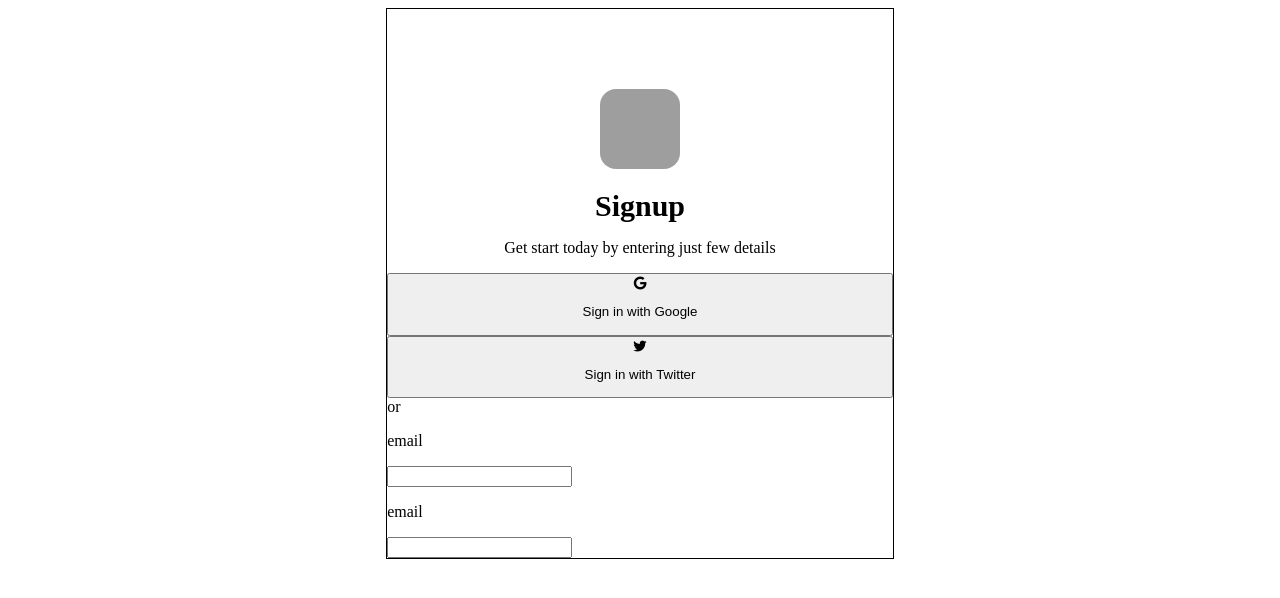
Repository: tungts3qb/Javascript
Page: sign-up/signup.html
An editor plug-in stored every save of this project. The page is shown before and after the next save, followed by the edit.
The browser window is 1280 px wide. The pictures show the whole page.
Pictures or frames that could not be fetched are drawn as grey boxes.

Above is the page before, as saved 2022-12-26 22:00:11.

After the next save:
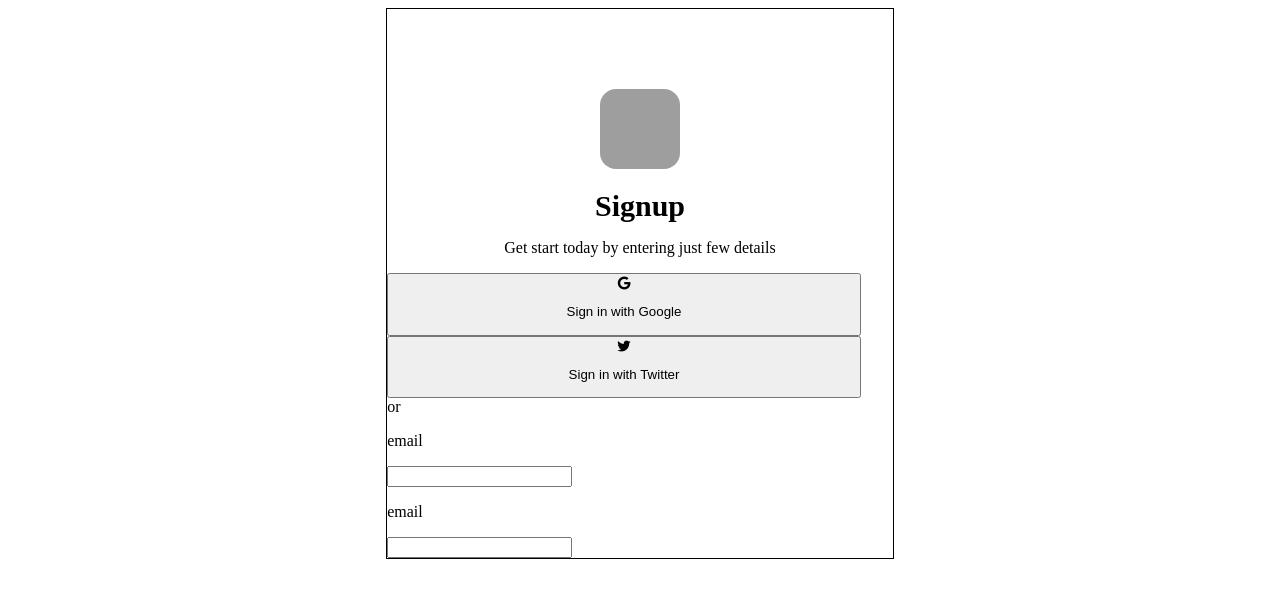
Saved 34 s later.
--- a/sign-up/sign-up.css
+++ b/sign-up/sign-up.css
@@ -37,5 +37,5 @@
 
 .sign-up-google,
 .sign-up-twitter {
-  mardin-left: 20px;
+  width: calc(100% - 2rem);
 }
